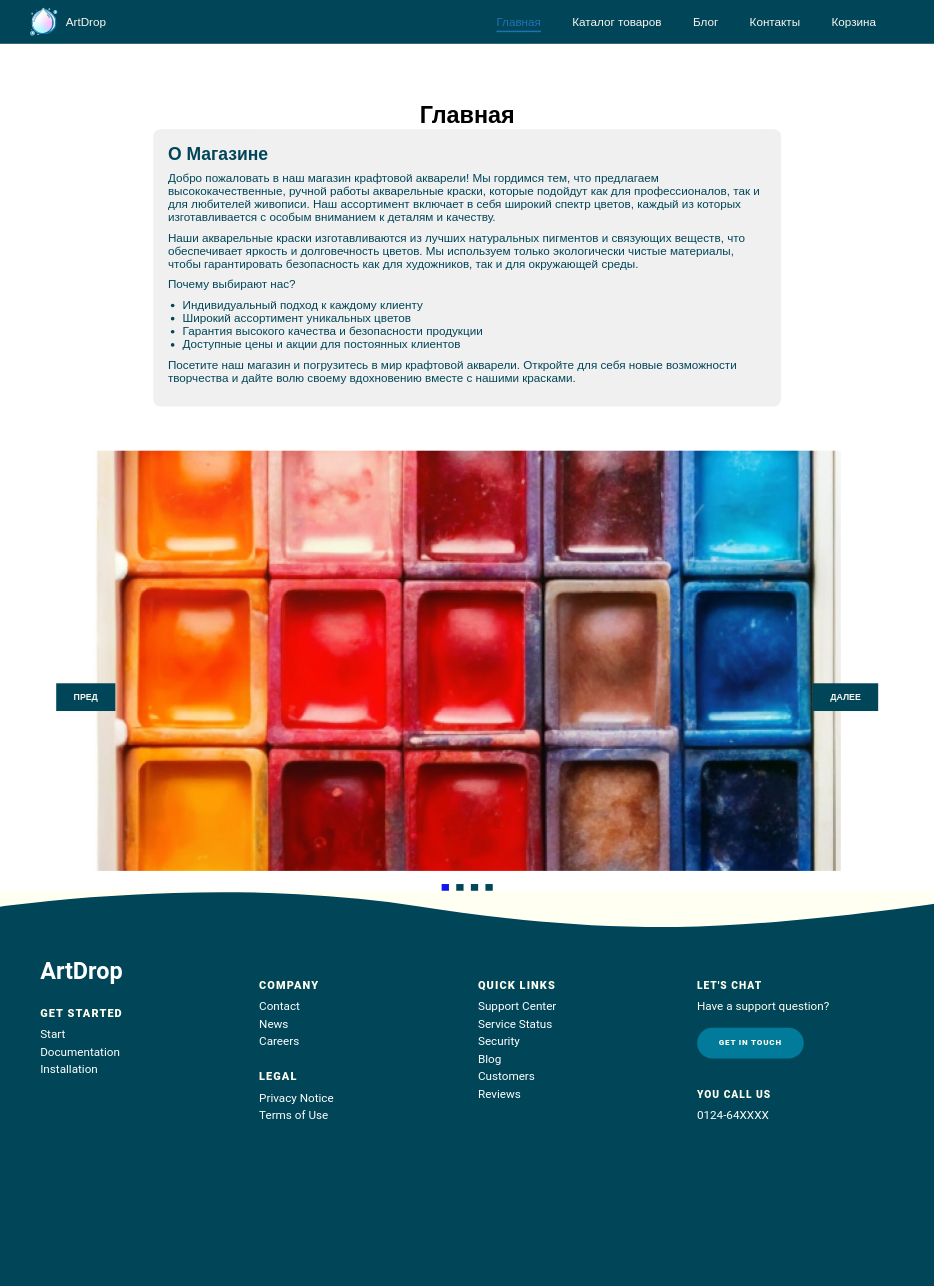
Repository: mnats725/art-drop
Page: index.html
An editor plug-in stored every save of this project. The page is shown before and after the next save, followed by the edit.
The browser window is 1280 px wide. The pictures show the whole page, at 73% of full size.

Above is the page before, as saved 2024-05-21 00:15:04.

### index.html
<!DOCTYPE html>
<html lang="en">
<head>
    <meta charset="UTF-8">
    <meta http-equiv="X-UA-Compatible" content="IE=edge">
    <meta name="viewport" content="width=device-width, initial-scale=1.0">
    <title>ArtDrop</title>
    <link rel="stylesheet" href="./css/style.css">
    <link rel="stylesheet" href="./css/content.css">

</head>
<body>
    <div class="wrapper">
        <header class="header">
            <!-- Шапка -->
            <div class="logo">
                <a href="index.html">
                    <img src="./assets/img/logo.svg" alt="ArtDrop Logo">
                    <span>ArtDrop</span>
                </a>
            </div>
            <!-- Меню сайта -->
            <nav class="nav">
                <ul>
                    <li class="active">Главная</li>
                    <li>Каталог товаров</li>
                    <li>Блог</li>
                    <li>Контакты</li>
                    <li>Корзина</li>
                </ul>
            </nav>
            <!-- Иконка бургерменю -->
            <div class="burger">
                <span></span>
            </div>
        </header>
    </div>

    <div class="content">
        <h1 class="content-title">Главная</h1>
        <section class="store-info">
          <h2>О Магазине</h2>
          <p>Добро пожаловать в наш магазин крафтовой акварели! Мы гордимся тем, что предлагаем высококачественные, ручной работы акварельные краски, которые подойдут как для профессионалов, так и для любителей живописи. Наш ассортимент включает в себя широкий спектр цветов, каждый из которых изготавливается с особым вниманием к деталям и качеству.</p>
          <p>Наши акварельные краски изготавливаются из лучших натуральных пигментов и связующих веществ, что обеспечивает яркость и долговечность цветов. Мы используем только экологически чистые материалы, чтобы гарантировать безопасность как для художников, так и для окружающей среды.</p>
          <p>Почему выбирают нас?</p>
          <ul>
              <li>Индивидуальный подход к каждому клиенту</li>
              <li>Широкий ассортимент уникальных цветов</li>
              <li>Гарантия высокого качества и безопасности продукции</li>
              <li>Доступные цены и акции для постоянных клиентов</li>
          </ul>
          <p>Посетите наш магазин и погрузитесь в мир крафтовой акварели. Откройте для себя новые возможности творчества и дайте волю своему вдохновению вместе с нашими красками.</p>
       </section>
        <main class="carousel-container">
            <div class="carousel">
              <div class="item active">
                <img src="./assets/img/colores/photo_1_2024-05-20_20-57-42.jpg" alt="Image 1" />
              </div>
              <div class="item">
                <img src="./assets//img/colores/photo_2_2024-05-20_20-57-42.jpg" alt="Image 2" />
              </div>
              <div class="item">
                <img src="./assets/img/colores/photo_3_2024-05-20_20-57-42.jpg" alt="Image 3" />
              </div>
              <div class="item">
                <img src="./assets/img/colores/photo_4_2024-05-20_20-57-42.jpg" alt="Image 4" />
              </div>
            </div>
            <button class="btn prev">Пред</button>
            <button class="btn next">Далее</button>
            <br>
            <div class="dots"></div>
          </main>
    </div>

    <div class="pg-footer">
        <footer class="footer">
          <svg class="footer-wave-svg" xmlns="http://www.w3.org/2000/svg" viewBox="0 0 1200 100" preserveAspectRatio="none">
            <path class="footer-wave-path" d="M851.8,100c125,0,288.3-45,348.2-64V0H0v44c3.7-1,7.3-1.9,11-2.9C80.7,22,151.7,10.8,223.5,6.3C276.7,2.9,330,4,383,9.8 c52.2,5.7,103.3,16.2,153.4,32.8C623.9,71.3,726.8,100,851.8,100z"></path>
          </svg>
          <div class="footer-content">
            <div class="footer-content-column">
              <div class="footer-logo">
                <a class="footer-logo-link" href="#">
                  <span class="hidden-link-text">ArtDrop</span>
                  <h1>ArtDrop</h1>
                </a>
              </div>
              <div class="footer-menu">
                <h2 class="footer-menu-name"> Get Started</h2>
                <ul id="menu-get-started" class="footer-menu-list">
                  <li class="menu-item menu-item-type-post_type menu-item-object-product">
                    <a href="#">Start</a>
                  </li>
                  <li class="menu-item menu-item-type-post_type menu-item-object-product">
                    <a href="#">Documentation</a>
                  </li>
                  <li class="menu-item menu-item-type-post_type menu-item-object-product">
                    <a href="#">Installation</a>
                  </li>
                </ul>
              </div>
            </div>
            <div class="footer-content-column">
              <div class="footer-menu">
                <h2 class="footer-menu-name"> Company</h2>
                <ul id="menu-company" class="footer-menu-list">
                  <li class="menu-item menu-item-type-post_type menu-item-object-page">
                    <a href="#">Contact</a>
                  </li>
                  <li class="menu-item menu-item-type-taxonomy menu-item-object-category">
                    <a href="#">News</a>
                  </li>
                  <li class="menu-item menu-item-type-post_type menu-item-object-page">
                    <a href="#">Careers</a>
                  </li>
                </ul>
              </div>
              <div class="footer-menu">
                <h2 class="footer-menu-name"> Legal</h2>
                <ul id="menu-legal" class="footer-menu-list">
                  <li class="menu-item menu-item-type-post_type menu-item-object-page menu-item-privacy-policy menu-item-170434">
                    <a href="#">Privacy Notice</a>
                  </li>
                  <li class="menu-item menu-item-type-post_type menu-item-object-page">
                    <a href="#">Terms of Use</a>
                  </li>
                </ul>
              </div>
            </div>
            <div class="footer-content-column">
              <div class="footer-menu">
                <h2 class="footer-menu-name"> Quick Links</h2>
                <ul id="menu-quick-links" class="footer-menu-list">
                  <li class="menu-item menu-item-type-custom menu-item-object-custom">
                    <a target="_blank" rel="noopener noreferrer" href="#">Support Center</a>
                  </li>
                  <li class="menu-item menu-item-type-custom menu-item-object-custom">
                    <a target="_blank" rel="noopener noreferrer" href="#">Service Status</a>
                  </li>
                  <li class="menu-item menu-item-type-post_type menu-item-object-page">
                    <a href="#">Security</a>
                  </li>
                  <li class="menu-item menu-item-type-post_type menu-item-object-page">
                    <a href="#">Blog</a>
                  </li>
                  <li class="menu-item menu-item-type-post_type_archive menu-item-object-customer">
                    <a href="#">Customers</a></li>
                  <li class="menu-item menu-item-type-post_type menu-item-object-page">
                    <a href="#">Reviews</a>
                  </li>
                </ul>
              </div>
            </div>
            <div class="footer-content-column">
              <div class="footer-call-to-action">
                <h2 class="footer-call-to-action-title"> Let's Chat</h2>
                <p class="footer-call-to-action-description"> Have a support question?</p>
                <a class="footer-call-to-action-button button" href="#" target="_self"> Get in Touch </a>
              </div>
              <div class="footer-call-to-action">
                <h2 class="footer-call-to-action-title"> You Call Us</h2>
                <p class="footer-call-to-action-link-wrapper"> <a class="footer-call-to-action-link" href="tel:0124-64XXXX" target="_self"> 0124-64XXXX </a></p>
              </div>
            </div>
        </footer>
      </div>
    <script>
        document.querySelector('.burger').addEventListener('click', function() {
            this.classList.toggle('active');
            document.querySelector('.nav').classList.toggle('open');
        })
        document.addEventListener("DOMContentLoaded", function () {
  let carousel = document.querySelector(".carousel");
  let items = carousel.querySelectorAll(".item");
  let dotsContainer = document.querySelector(".dots");

  // Insert dots into the DOM
  items.forEach((_, index) => {
    let dot = document.createElement("span");
    dot.classList.add("dot");
    if (index === 0) dot.classList.add("active");
    dot.dataset.index = index;
    dotsContainer.appendChild(dot);
  });

  let dots = document.querySelectorAll(".dot");

  // Function to show a specific item
  function showItem(index) {
    items.forEach((item, idx) => {
      item.classList.remove("active");
      dots[idx].classList.remove("active");
      if (idx === index) {
        item.classList.add("active");
        dots[idx].classList.add("active");
      }
    });
  }

  // Event listeners for buttons
  document.querySelector(".prev").addEventListener("click", () => {
    let index = [...items].findIndex((item) =>
      item.classList.contains("active")
    );
    showItem((index - 1 + items.length) % items.length);
  });

  document.querySelector(".next").addEventListener("click", () => {
    let index = [...items].findIndex((item) =>
      item.classList.contains("active")
    );
    showItem((index + 1) % items.length);
  });

  // Event listeners for dots
  dots.forEach((dot) => {
    dot.addEventListener("click", () => {
      let index = parseInt(dot.dataset.index);
      showItem(index);
    });
  });
});

    </script>
</body>
</html>

### css/style.css
html, body {
    height: 100%;
    width: 100%;
    margin: 0;
    padding: 0;
}

body {
    display: flex;
    flex-direction: column;
    font-family: Arial, "Helvetica Neue", Helvetica, sans-serif;

}

*{
    padding: 0;
    margin: 0;
    box-sizing: border-box;
}

.wrapper{
    flex-grow: 1;
}

.open{
    display: flex !important;
}

.header {
    display: flex;
    align-items: center;
    justify-content: space-between;
    min-height: 60px;
    background-color: #004658;
    color: #FAF6F2;
    padding: 0 40px;
}

.logo a {
    display: flex;
    align-items: center;
    text-decoration: none; /* Убираем подчеркивание ссылки */
    color: inherit; /* Наследуем цвет текста от родительского элемента */
}

.logo img {
    width: 40px; /* Укажите желаемую ширину для логотипа */
    height: auto;
    margin-right: 10px; /* Добавим небольшое расстояние между логотипом и текстом */
}

.nav {
    display: flex;
    width: 600px;
    padding: 0 40px;
}

.nav ul {
    width: 100%;
    list-style: none;
    display: flex;
    justify-content: space-between;
}

.nav ul li {
    position: relative; /* Добавим позиционирование для создания эффекта */
    cursor: pointer; /* Указатель при наведении для обозначения активного элемента */
    transition: color 0.3s ease; /* Анимация при наведении */
}

.nav ul li::after {
    content: '';
    position: absolute;
    bottom: -5px;
    left: 0;
    width: 0; /* Начальное значение нулевой ширины */
    height: 2px;
    background-color: #2271B3; /* Цвет линии */
    transition: width 0.3s ease; /* Анимация изменения ширины */
}

.nav ul li:hover::after {
    width: 100%; /* Увеличиваем ширину линии при наведении */
}

.nav ul li:hover,
.nav ul li.active { /* Изменение цвета текста при наведении и активном состоянии */
    color: #2271B3; /* Цвет текста при наведении и активном состоянии */
}

.nav ul li.active::after {
    content: '';
    position: absolute;
    bottom: -5px;
    left: 0;
    width: 100%;
    height: 2px;
    background-color: #2271B3; /* Цвет подчеркивания активного элемента */
}

* {
    margin: 0;
    padding: 0;
  }
  a {
    color: #fff;
    text-decoration: none;
  }
  .pg-footer {
    font-family: 'Roboto', sans-serif;
  }


  .footer {
      background-color: #004658;
      color: #fff;

  }
  .footer-wave-svg {
      background-color: transparent;
      display: block;
      height: 30px;
      position: relative;
      top: -1px;
      width: 100%;
  }
  .footer-wave-path {
      fill: #fffff2;
  }

  .footer-content {
      margin-left: auto;
      margin-right: auto;
      max-width: 1230px;

      padding: 40px 15px 450px;
      position: relative;
  }

  .footer-content-column {
      box-sizing: border-box;
      float: left;
      padding-left: 15px;
      padding-right: 15px;
      width: 100%;
      color: #fff;
  }

  .footer-content-column ul li a {
    color: #fff;
    text-decoration: none;
  }

  .footer-logo-link {
      display: inline-block;
  }
  .footer-menu {
      margin-top: 30px;
  }

  .footer-menu-name {
      color: #fffff2;
      font-size: 15px;
      font-weight: 900;
      letter-spacing: .1em;
      line-height: 18px;
      margin-bottom: 0;
      margin-top: 0;
      text-transform: uppercase;
  }
  .footer-menu-list {
      list-style: none;
      margin-bottom: 0;
      margin-top: 10px;
      padding-left: 0;
  }
  .footer-menu-list li {
      margin-top: 5px;
  }

  .footer-call-to-action-description {
      color: #fffff2;
      margin-top: 10px;
      margin-bottom: 20px;
  }
  .footer-call-to-action-button:hover {
      background-color: #fffff2;
      color: #00bef0;
  }
  .button:last-of-type {
      margin-right: 0;
  }
  .footer-call-to-action-button {
      background-color: #027b9a;
      border-radius: 21px;
      color: #fffff2;
      display: inline-block;
      font-size: 11px;
      font-weight: 900;
      letter-spacing: .1em;
      line-height: 18px;
      padding: 12px 30px;
      margin: 0 10px 10px 0;
      text-decoration: none;
      text-transform: uppercase;
      transition: background-color .2s;
      cursor: pointer;
      position: relative;
  }
  .footer-call-to-action {
      margin-top: 30px;
  }
  .footer-call-to-action-title {
      color: #fffff2;
      font-size: 14px;
      font-weight: 900;
      letter-spacing: .1em;
      line-height: 18px;
      margin-bottom: 0;
      margin-top: 0;
      text-transform: uppercase;
  }
  .footer-call-to-action-link-wrapper {
      margin-bottom: 0;
      margin-top: 10px;
      color: #fff;
      text-decoration: none;
  }
  .footer-call-to-action-link-wrapper a {
      color: #fff;
      text-decoration: none;
  }





  .footer-social-links {
      bottom: 0;
      height: 54px;
      position: absolute;
      right: 0;
      width: 236px;
  }

  .footer-social-amoeba-svg {
      height: 54px;
      left: 0;
      display: block;
      position: absolute;
      top: 0;
      width: 236px;
  }

  .footer-social-amoeba-path {
      fill: #027b9a;
  }

  .footer-social-link.linkedin {
      height: 26px;
      left: 3px;
      top: 11px;
      width: 26px;
  }

  .footer-social-link {
      display: block;
      padding: 10px;
      position: absolute;
  }

  .hidden-link-text {
      position: absolute;
      clip: rect(1px 1px 1px 1px);
      clip: rect(1px,1px,1px,1px);
      -webkit-clip-path: inset(0px 0px 99.9% 99.9%);
      clip-path: inset(0px 0px 99.9% 99.9%);
      overflow: hidden;
      height: 1px;
      width: 1px;
      padding: 0;
      border: 0;
      top: 50%;
  }

  .footer-social-icon-svg {
      display: block;
  }

  .footer-social-icon-path {
      fill: #fffff2;
      transition: fill .2s;
  }

  .footer-social-link.twitter {
      height: 28px;
      left: 62px;
      top: 3px;
      width: 28px;
  }

  .footer-social-link.youtube {
      height: 24px;
      left: 123px;
      top: 12px;
      width: 24px;
  }

  .footer-social-link.github {
      height: 34px;
      left: 172px;
      top: 7px;
      width: 34px;
  }


  /* Media Query For different screens */
  @media (min-width:320px) and (max-width:479px)  { /* smartphones, portrait iPhone, portrait 480x320 phones (Android) */
    .footer-content {
      margin-left: auto;
      margin-right: auto;
      max-width: 1230px;
      padding: 40px 15px 1050px;
      position: relative;
    }
  }
  @media (min-width:480px) and (max-width:599px)  { /* smartphones, Android phones, landscape iPhone */
    .footer-content {
      margin-left: auto;
      margin-right: auto;
      max-width: 1230px;
      padding: 40px 15px 1050px;
      position: relative;
    }
  }
  @media (min-width:600px) and (max-width: 800px)  { /* portrait tablets, portrait iPad, e-readers (Nook/Kindle), landscape 800x480 phones (Android) */
    .footer-content {
      margin-left: auto;
      margin-right: auto;
      max-width: 1230px;
      padding: 40px 15px 1050px;
      position: relative;
    }
  }
  @media (min-width:801px)  { /* tablet, landscape iPad, lo-res laptops ands desktops */

  }
  @media (min-width:1025px) { /* big landscape tablets, laptops, and desktops */

  }
  @media (min-width:1281px) { /* hi-res laptops and desktops */

  }




  @media (min-width: 760px) {
    .footer-content {
        margin-left: auto;
        margin-right: auto;
        max-width: 1230px;
        padding: 40px 15px 450px;
        position: relative;
    }

    .footer-wave-svg {
        height: 50px;
    }

    .footer-content-column {
        width: 24.99%;
    }
  }
  @media (min-width: 568px) {
    /* .footer-content-column {
        width: 49.99%;
    } */
  }


.burger{
    display: none;
    position: relative;
    z-index: 50;
    align-items: center;
    justify-content: flex-end;
    width: 30px;
    height: 18px;
}

.burger span{
    height: 2px;
    width: 80%;
    transform: scale(1);
    background-color: #FAF6F2;
}

.burger::before, .burger::after{
    content: '';
    position: absolute;
    height: 2px;
    width: 100%;
    background-color: #FAF6F2;
    transition: all 0.3s ease 0s;
}

.burger::before { top: 0 }

.burger::after { bottom: 0 }


/* Добавляем класс active для анимации иконки бургера */
.burger.active span { transform: scale(0) }

.burger.active::before{
    top: 50%;
    transform: rotate(-45deg) translate(0, -50%);
}

.burger.active::after{
    bottom: 50%;
    transform: rotate(45deg) translate(0, 50%);
}


/* При разрешении экрана 900px и ниже, выводим на экран иконку бургера */
@media (max-width: 900px) {

    .burger { display: flex }

    .nav{
        display: none;
        flex-direction: column;
        position: fixed;
        height: 100%;
        width: 100%;
        top: 0; bottom: 0; left: 0; right: 0;
        z-index: 50;
        overflow-y: auto;
        padding: 50px 40px;
        background-color: #388ae7;
        animation: burgerAnimation 0.4s;
    }

    .nav ul{
        flex-direction: column;
        row-gap: 30px;
    }


}

@keyframes burgerAnimation {
    from {opacity: 0}
    to {opacity: 1}
}

### css/content.css
.content {
  padding-top: 80px;
}

.content-title {
  text-align: center;
}

.store-info {
  background-color: #f0f0f0;
  color: #004658;
  padding: 20px;
  border-radius: 10px;
  margin-bottom: 20px;
  margin-left: 210px;
  margin-right: 210px;
}

.store-info h2 {
  color: #004658;
  margin-bottom: 10px;
}

.store-info p,
.store-info ul {
  margin-bottom: 10px;
}

.store-info ul {
  padding-left: 20px;
}

.store-info ul li {
  list-style-type: disc;
}

.carousel-container {
  padding-top: 40px;
  width: 80%;
  height: 70%;
  margin: auto;
  position: relative;
  display: flex;
  flex-direction: column;
  gap: var(--lx-gap);

  .carousel {
    aspect-ratio: 16/9;
    width: 100%;
    position: relative;
    overflow: hidden;

    .item {
      opacity: 0;
      width: 100%;
      height: 100%;
      display: none;
      transition: opacity 0.5s ease-in-out;

      img {
        width: 100%;
        height: 100%;
        object-fit: cover;
        object-position: center;
      }

      .caption {
        width: 100%;
        padding: var(--lx-space-01);
        position: absolute;
        bottom: 0;
        text-transform: uppercase;
        text-align: center;
        font-size: 12px;
        background-color: rgba(0, 0, 0, 0.5);
      }

      &.active {
        opacity: 1;
        display: block;
      }
    }
  }

  .btn {
    padding: 1em 2em;
    position: absolute;
    transform: translateY(-50%);
    top: 50%;
    outline: none;
    border: none;
    cursor: pointer;
    text-transform: uppercase;
    font-size: 12px;
    font-weight: 900;
    color: #FAF6F2;
    background-color: #004658;
    transition: transform 0.2s ease-in-out;

    &:active,
    &:focus {
      transform: translateY(-50%) scale(0.9);
    }

    &:hover {
      transform: translateY(-50%) scale(0.96);
    }
  }

  .prev {
    left: -5%;
  }

  .next {
    right: -5%;
  }

  .dots {
    display: flex;
    align-items: center;
    justify-content: center;
    gap: 10px;

    .dot {
      cursor: pointer;
      height: 10px;
      width: 10px;
      background-color: #004658;
      transition: background-color 0.2s ease;

      &.active,
      &:hover {
        background-color: #1115ee;
      }
    }
  }
}

After the next save:
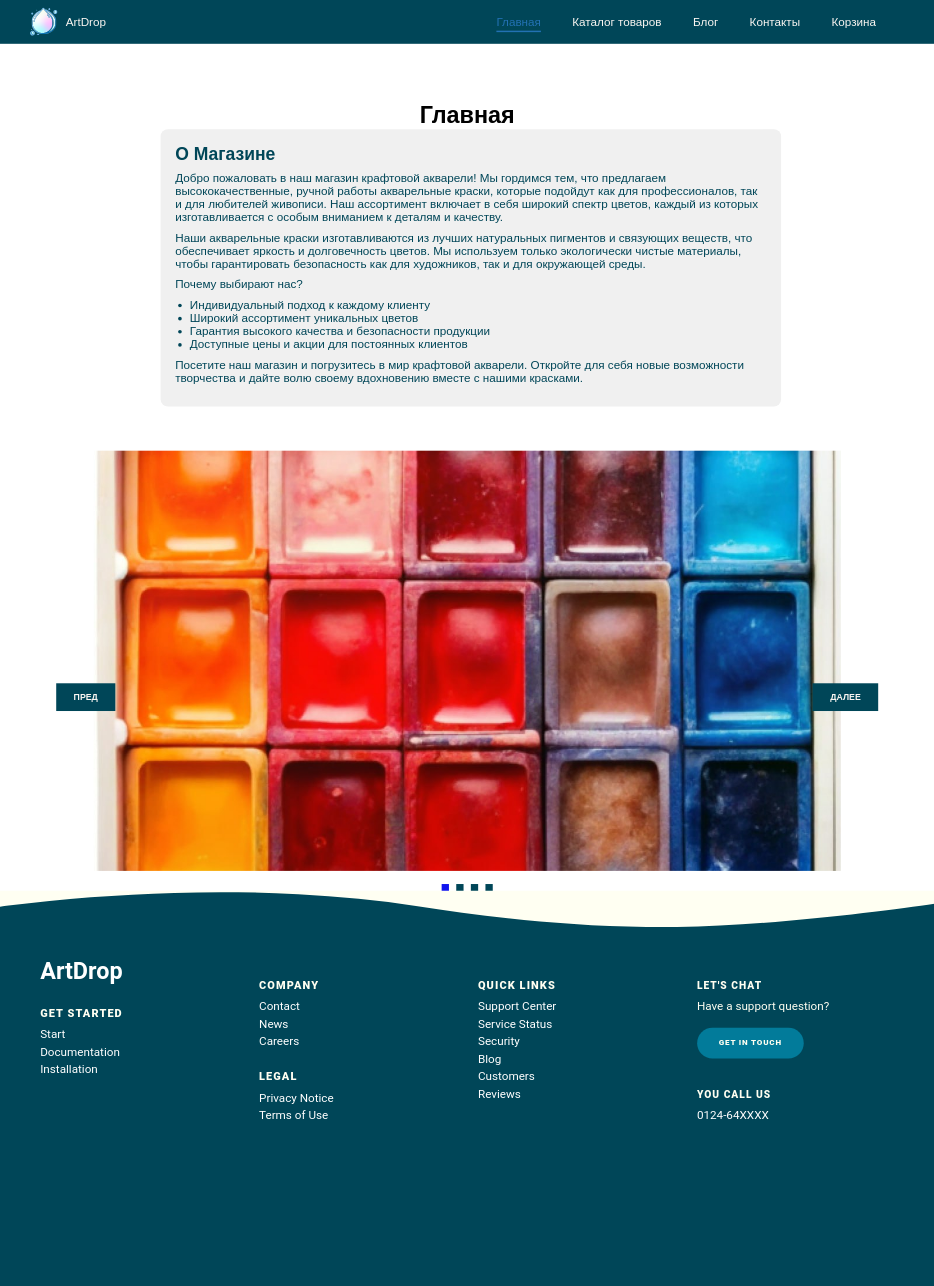
Saved 5 s later.
--- a/css/content.css
+++ b/css/content.css
@@ -12,7 +12,7 @@
   padding: 20px;
   border-radius: 10px;
   margin-bottom: 20px;
-  margin-left: 210px;
+  margin-left: 220px;
   margin-right: 210px;
 }
 
